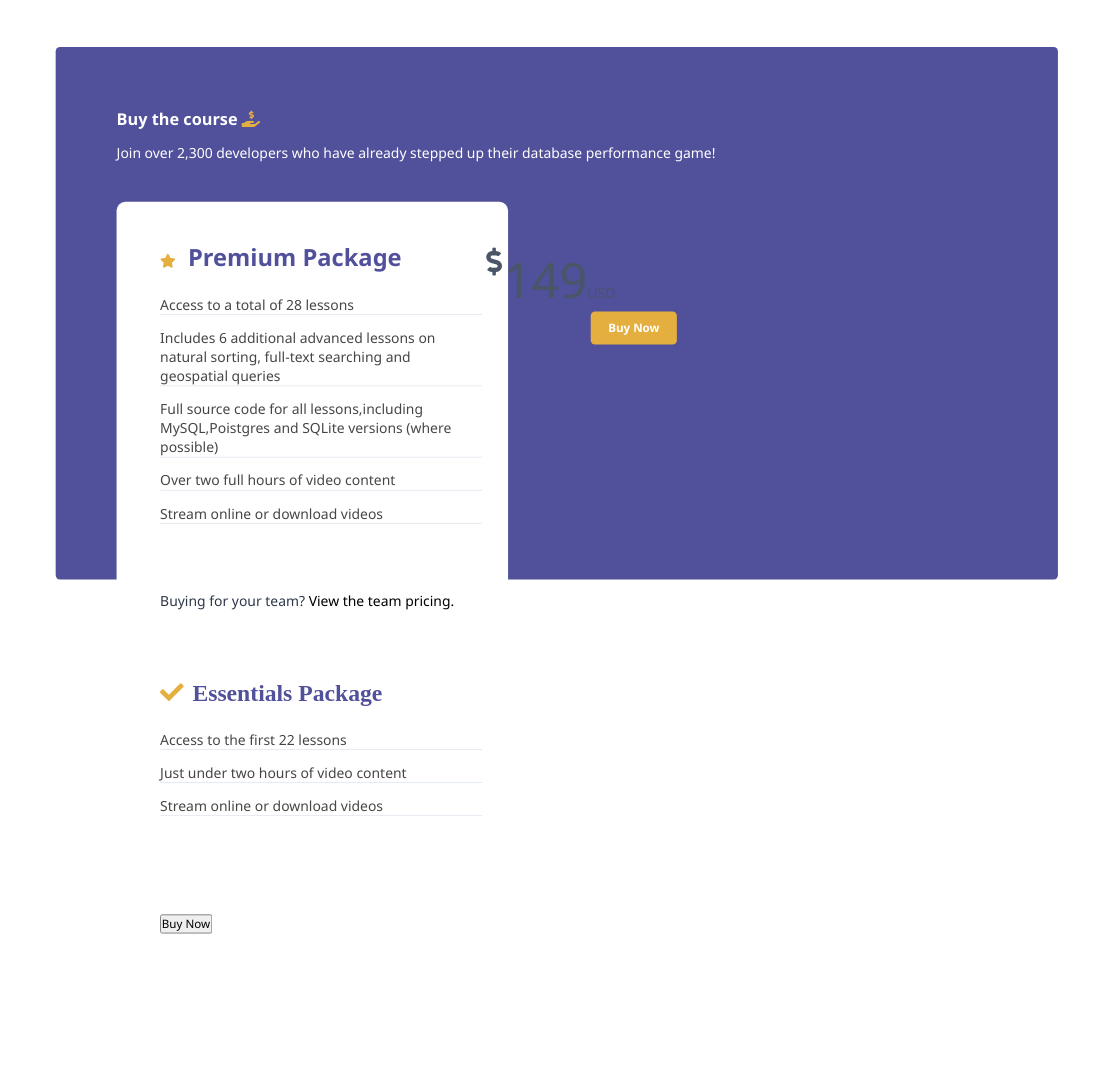
Repository: Z-ayat/Challenges
Page: Challenge 4/index.html
An editor plug-in stored every save of this project. The page is shown before and after the next save, followed by the edit.
The browser window is 1280 px wide. The pictures show the whole page, at 87% of full size.
Some web libraries are served in a nearby version.

Above is the page before, as saved 2021-09-07 02:21:12.

After the next save:
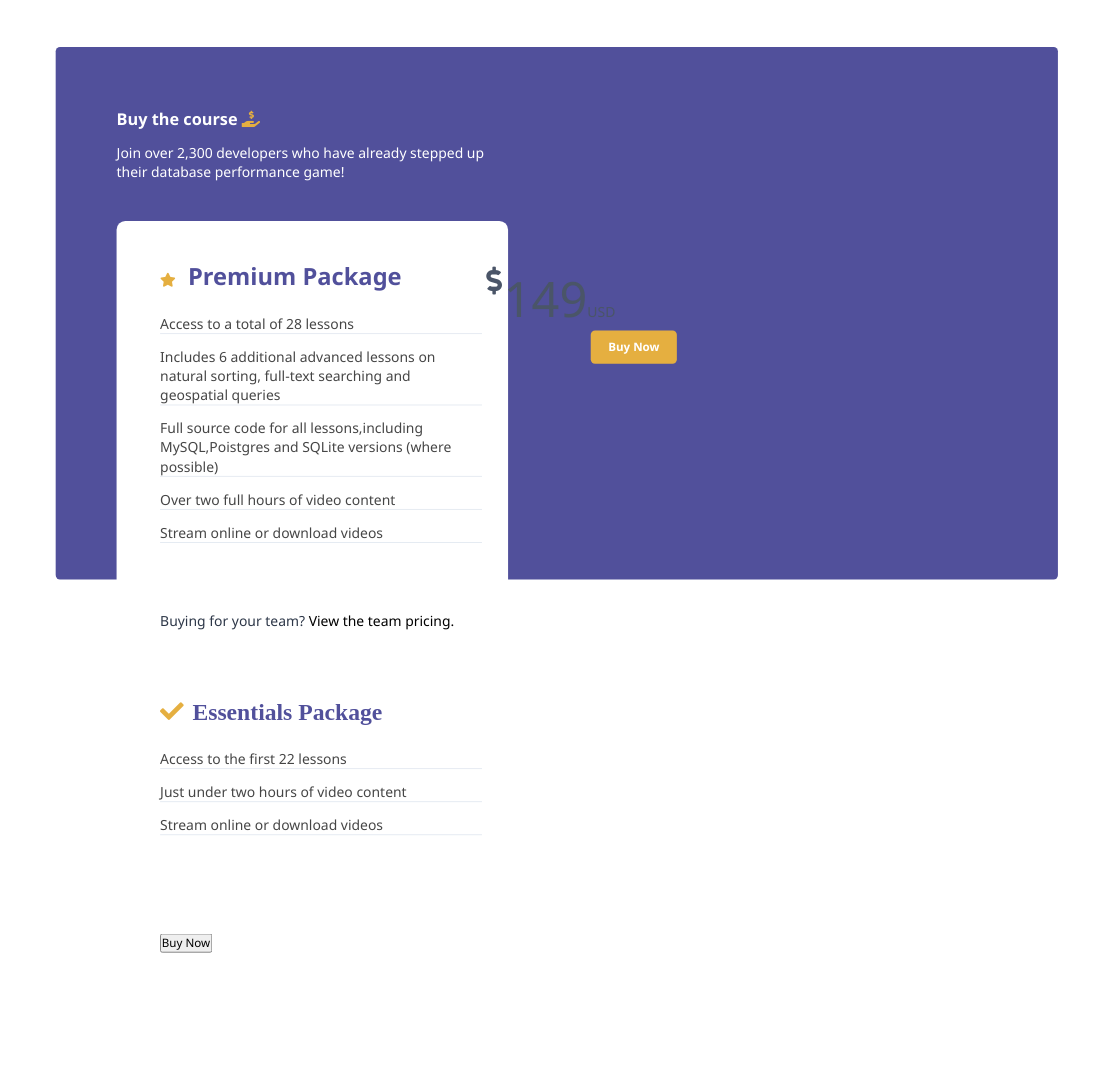
Saved 3 min 3 s later.
--- a/Challenge 4/styling/css/master.css
+++ b/Challenge 4/styling/css/master.css
@@ -54,6 +54,8 @@ body {
     border-radius: 5px;
     color: var(--clrbodyfont);
     padding: 70px 70px;
+    grid-template-columns: repeat(5, 1fr);
+    grid-template-rows: repeat(5, 1fr);
 }
 
 .head {
